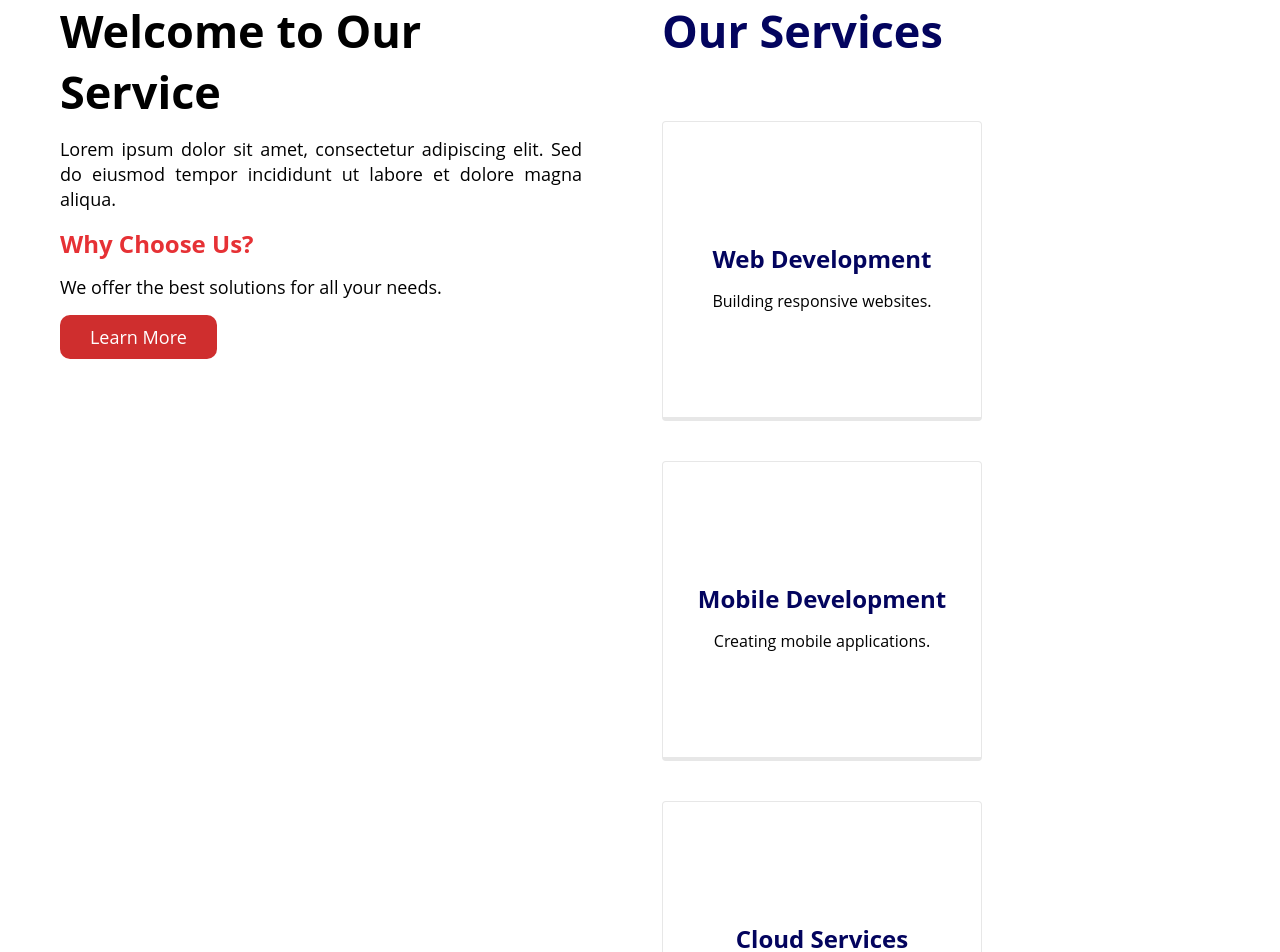
Repository: viveknaidu007/repo-152-FSD-InnomaticsTasksSep2024
Page: task_5/demo/index.html
These files come from the project's save history. The page is drawn as it stood at one moment and after the next save; the edit follows.
The browser window is 1280 px wide. The pictures show the part of the page from y = 731 to 1683 px (the page is 1852 px tall).

Above is the page before, as saved 2024-10-02 15:41:44.

### task_5/demo/index.html
<!DOCTYPE html>
<html lang="en">
<head>
  <meta charset="UTF-8">
  <meta name="viewport" content="width=device-width, initial-scale=1.0">
  <title>Sample Page</title>
  <link rel="stylesheet" href="styles.css">
</head>
<body>

  <!-- Navigation Bar -->
  <nav class="menu">
    <div class="menu-header">
      <h1>FOR ENQUIRY</h1>
      <button>Sign Up <i class="fas fa-user"></i></button>
      <p>Contact us at : <span>9912348535</span></p>
    </div>

    <div class="menu-bar">
      <img src="img3.jpg" alt="Logo">
      <div class="menu-links">
        <a href="#home">Home</a>
        <a href="#about">About</a>
        <a href="#services">Services</a>
        <a href="#contact">Contact</a>
      </div>
      <button>Get Started <i class="fas fa-arrow-right"></i></button>
    </div>
  </nav>

  <!-- Banner Section -->
  <section class="banner-container">
    <img src="img.jpg" alt="Banner Image">
  </section>

  <!-- Main Content Section -->
  <section class="content-wrapper">
    <div class="left-content">
      <h1>Welcome to Our Service</h1>
      <p>Lorem ipsum dolor sit amet, consectetur adipiscing elit. Sed do eiusmod tempor incididunt ut labore et dolore magna aliqua.</p>
      <h2 class="highlight-color">Why Choose Us?</h2>
      <p>We offer the best solutions for all your needs.</p>
      <button>Learn More</button>
    </div>

    <div class="right-content">
      <h1>Our Services</h1>
      <div class="box-layout">
        <div class="box-item">
          <i class="fas fa-laptop"></i>
          <h2>Web Development</h2>
          <p>Building responsive websites.</p>
        </div>
        <div class="box-item">
          <i class="fas fa-mobile-alt"></i>
          <h2>Mobile Development</h2>
          <p>Creating mobile applications.</p>
        </div>
        <div class="box-item">
          <i class="fas fa-cloud"></i>
          <h2>Cloud Services</h2>
          <p>Offering cloud solutions.</p>
        </div>
      </div>
    </div>
  </section>

</body>
</html>

### task_5/demo/styles.css

* {
    margin: 0;
    padding: 0;
    box-sizing: border-box;
    scroll-behavior: smooth;
    font-family: "Open Sans", sans-serif;
}

:root {
    --main-color: #cf2e2e;
    --highlight-color: #e63135;
}

.menu {
    position: sticky;
    z-index: 1000;
    top: 0;
    width: 100%;
    background-color: white;
}

.menu-header {
    background-color: var(--main-color);
    color: white;
    display: flex;
    align-items: center;
    padding: 5px;
}

.menu-header h1 {
    margin-left: 60px;
    font-size: 18px;
}

.menu-header-large {
    display: flex;
    align-items: center;
}

.menu-header-small {
    display: none;
}

.menu-header-medium {
    display: none;
}

.menu-header button {
    background-color: black;
    color: white;
    border: 2px solid white;
    margin-left: 60px;
    padding: 6px;
    font-size: 16px;
    border-radius: 12px;
}

.menu-header button i {
    color: var(--main-color);
}

.menu-header p {
    margin-left: 400px;
    font-size: 18px;
}

.menu-header p span {
    font-weight: bold;
}

.menu-bar {
    display: flex;
    align-items: center;
    border-bottom: 2px solid grey;
}

.menu-bar img {
    width: 350px;
    height: 80px;
    margin-left: 80px;
}

.menu-links {
    display: flex;
    gap: 20px;
    margin-left: 200px;
    font-size: 18px;
    font-weight: bold;
}

.menu-links-small {
    display: none;
}

.menu-bar button {
    background: #000;
    color: white;
    border-radius: 12px;
    padding: 10px 20px;
    display: flex;
    gap: 5px;
    font-size: 18px;
    font-weight: bold;
    margin-left: 150px;
    display: flex;
    align-items: center;
    gap: 4px;
}

.menu-bar button:hover {
    background-color: white;
    color: black;
}

.banner-container img {
    width: 100%;
    height: 80vh;
    background-position: center;
    background-size: cover;
}

.content-wrapper {
    display: flex;
    gap: 80px;
    padding: 20px 60px;
}

.left-content {
    width: 45%;
}

.left-content h1 {
    font-size: 45px;
    font-weight: bold;
    margin-bottom: 15px;
}

.left-content p {
    font-size: 18px;
    text-align: justify;
    line-height: 25px;
}

.font-weight-bold {
    font-weight: bold;
}

.highlight-color {
    color: var(--highlight-color);
    font-weight: bold;
}

.left-content h2 {
    font-size: 24px;
    margin: 15px 0;
}

.left-content button {
    background: var(--main-color);
    border: none;
    padding: 10px 30px;
    font-size: 18px;
    font-weight: normal;
    color: white;
    border-radius: 10px;
    margin-top: 15px;
    margin-bottom: 20px;
}

.left-content button:hover {
    background: white;
    border: 2px solid var(--main-color);
    color: var(--main-color);
}

.right-content {
    width: 45%;
}

.right-content h1 {
    font-size: 45px;
    font-weight: bold;
    margin-bottom: 15px;
    color: #03045e;
}

.box-layout {
    display: flex;
    flex-wrap: wrap;
    gap: 40px;
    margin-top: 60px;
}

.box-item {
    width: 320px;
    height: 300px;
    display: flex;
    flex-direction: column;
    justify-content: center;
    align-items: center;
    gap: 15px;
    border: 1px solid #e7e7e7;
    padding: 10px;
    border-radius: 4px;
    border-bottom: 4px solid #e7e7e7;
    transition: all 300ms ease-in-out;
}

.box-item:hover {
    border-bottom: 4px solid var(--highlight-color);
}

.box-item h2 {
    text-align: center;
    color: #03045e;
}

.box-item p {
    text-align: center;
}

.box-item i {
    color: var(--highlight-color);
    font-size: 45px;
}

After the next save:
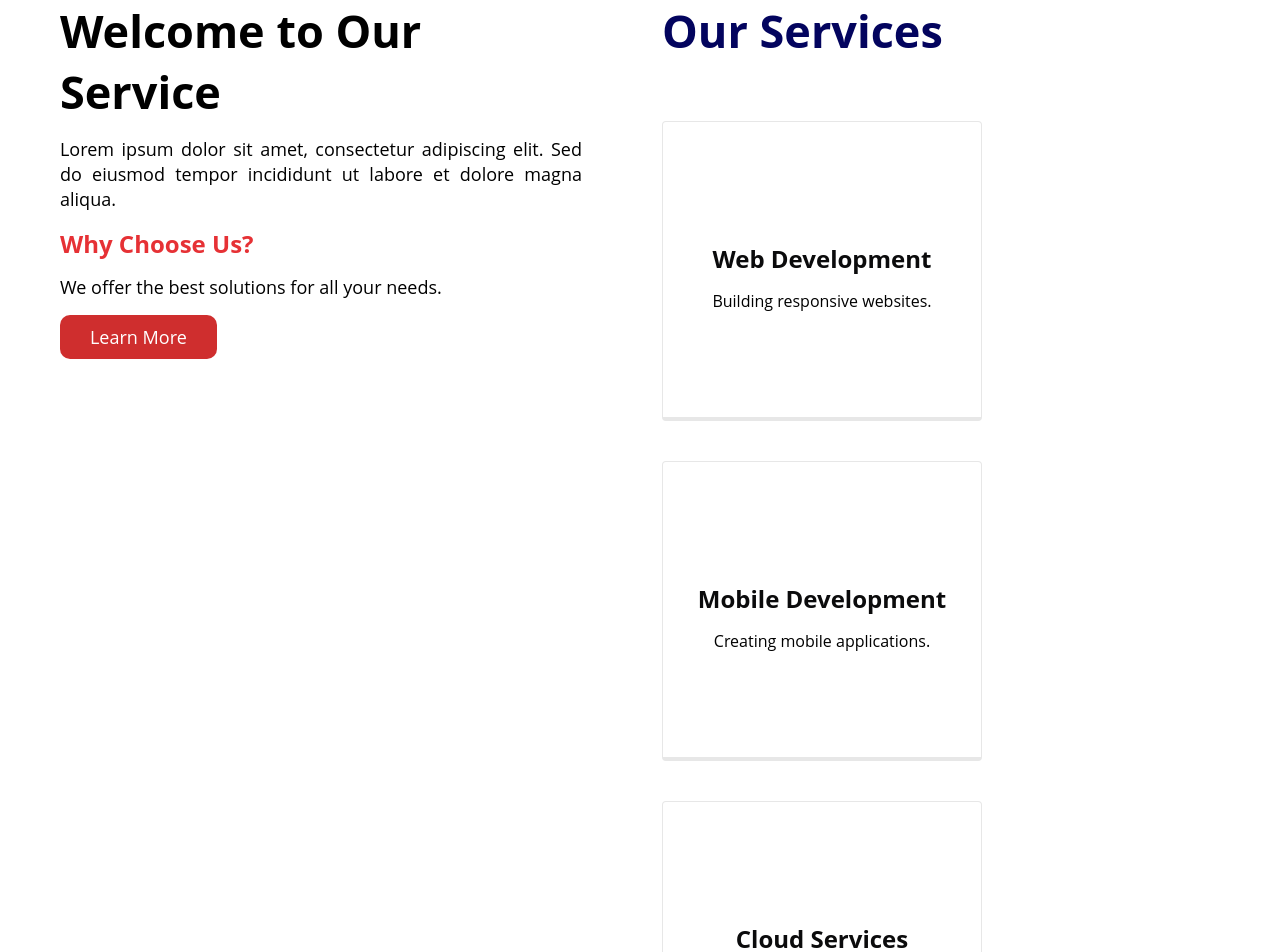
Saved 44 s later.
--- a/task_5/demo/styles.css
+++ b/task_5/demo/styles.css
@@ -213,7 +213,7 @@
 
 .box-item h2 {
     text-align: center;
-    color: #03045e;
+    color: #0b0b0c;
 }
 
 .box-item p {
